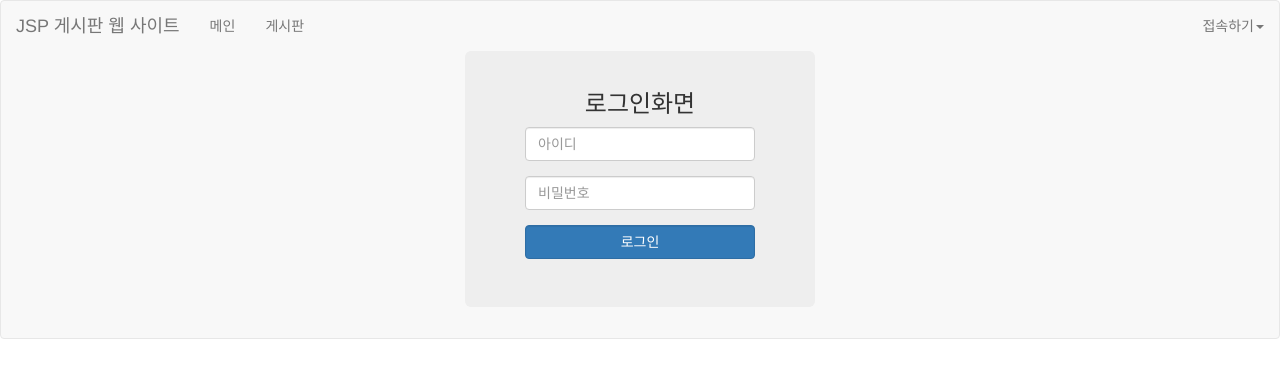
Repository: hanseu9839/BbsJSP
Page: http://localhost/BBS/login.jsp
These files come from the project's save history. The page is drawn as it stood at one moment and after a run of saves; the edit follows.
The browser window is 1280 px wide. The pictures show the whole page.
The page is served by Tomcat 9.

Above is the page before, as saved 2021-05-03 02:44:46.

After the next 2 saves:
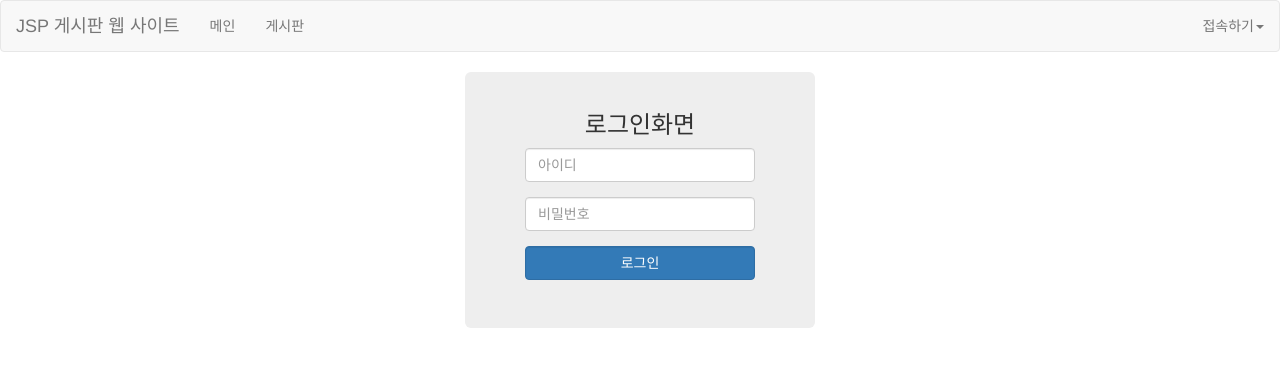
The 2 saves are shown as one change because they came seconds apart.
The last was saved 2 min 51 s later.
--- a/BBS/src/main/webapp/login.jsp
+++ b/BBS/src/main/webapp/login.jsp
@@ -37,7 +37,8 @@
                   </ul>
             </li>
          </ul>
-      </div>
+      	</div>
+      </nav>
       <div class="container">
          <div class="col-lg-4"></div>
          <div class="col-lg-4">
@@ -55,7 +56,7 @@
          </div>
          <div class="col-lg-4"></div>
       </div>
-   </nav>
+
    <script src="https://ajax.googleapis.com/ajax/libs/jquery/1.12.4/jquery.min.js"></script>
 <script src="js/bootstrap.min.js"></script>
 </body>
